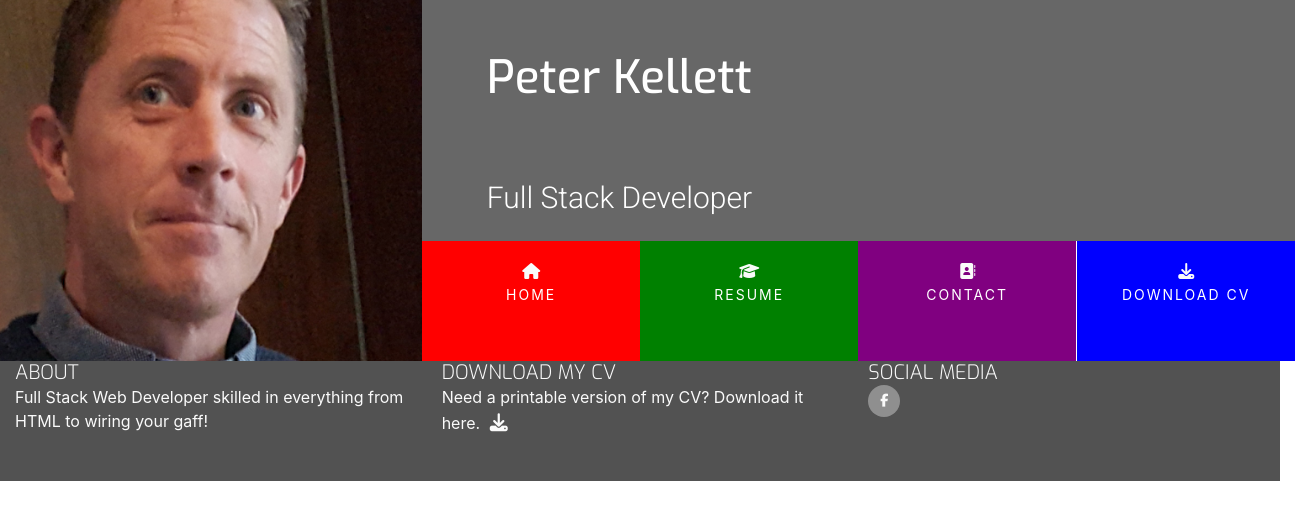
Repository: PeterKellett/ucd-resume
Page: index.html
The author's editor kept a record of every edit. The page is drawn from the files as they stood at one moment, then again after the next edit.
The browser window is 1280 px wide. The page is 1295 px wide, so the pictures cover 1295 px, including what lies to the right of the window. The pictures show the whole page.
Some web libraries are served in a nearby version.

Above is the page before.

After the next edit:
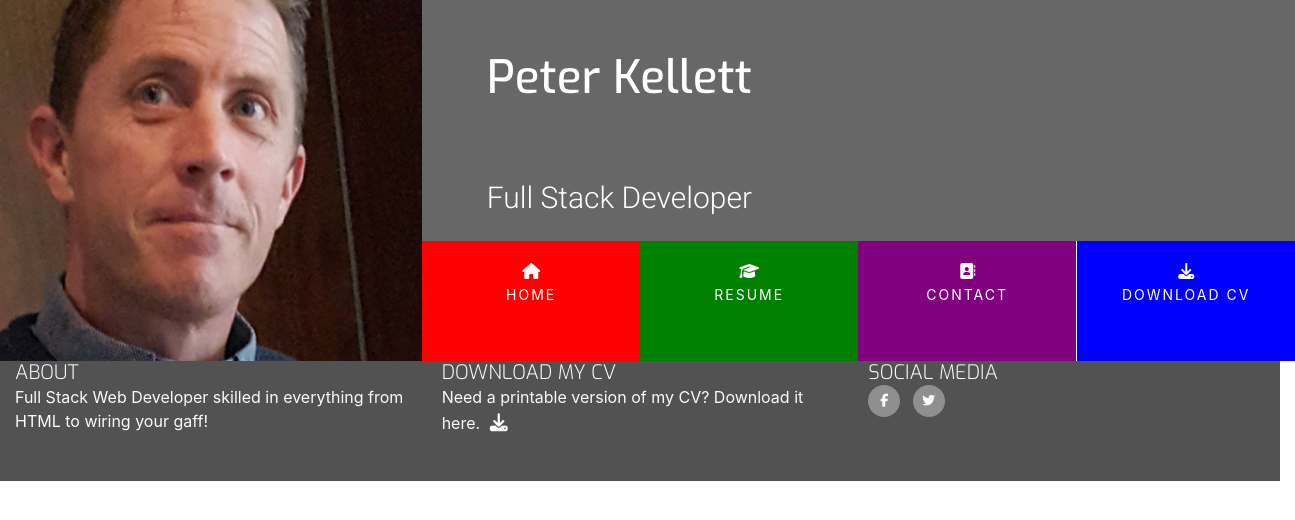
The edit:
--- a/index.html
+++ b/index.html
@@ -83,7 +83,12 @@
                             <span class="sr-only">Facebook</span>
                         </a>
                     </li>
-
+                    <li class="list-inline-item">
+                        <a href="#" target="_blank">
+                            <i class="fa fa-twitter" aria-hidden="true"></i>
+                            <span class="sr-only">Twitter</span>
+                        </a>
+                    </li>
                 </ul>
             </div>
         </div>
